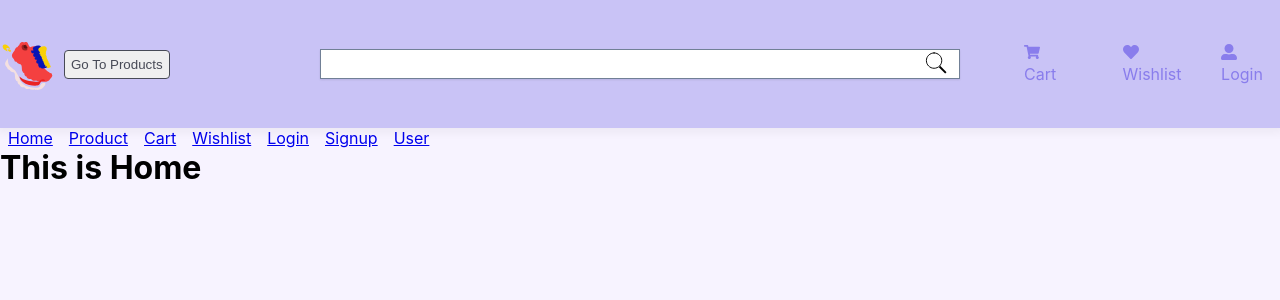
Repository: Irfan-vit/shoecase
Page: /
The author's editor kept a copy of each file at every save. The page is drawn from the files as they stood at one save, then again after a run of saves.
The browser window is 1280 px wide. The pictures show the whole page.
The page's requests for data from a server got no answer. The project was rebuilt for these pictures with package versions that can differ from the ones it lists, and the page was loaded fresh each time. No one was signed in, and anything a server would have sent is missing. Also part of the build but not shown: src/pages/Product/ProductPage.jsx, src/pages/cart/CartPage.jsx, src/pages/wishlist/WishlistPage.jsx, src/pages/login/LoginPage.jsx, src/pages/signup/SignupPage.jsx, src/pages/user/StyledUser.jsx, src/components/forms/addAddress/AddAddress.jsx, src/components/forms/editAddress/EditAddress.jsx and 4 more.

Above is the page before, as saved 2023-05-22 04:33:40.

After the next 2 saves:
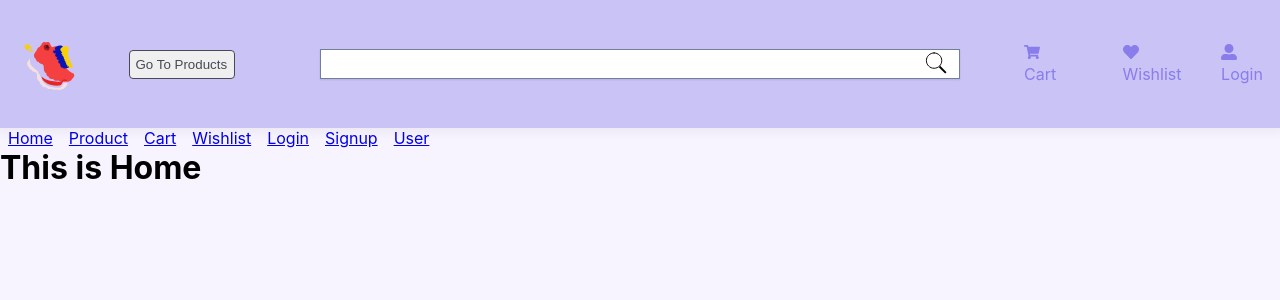
The 2 saves are shown as one change because they came seconds apart.
The last was saved 6 s later.
--- a/src/styles/NavBarStyles.jsx
+++ b/src/styles/NavBarStyles.jsx
@@ -23,7 +23,7 @@ const StyledNav = styled.nav`
       display: flex;
       align-items: center;
       flex-basis: 20%;
-      justify-content: space-;
+      justify-content: space-around;
     }
     > :nth-child(2) {
       flex-basis: 50%;
